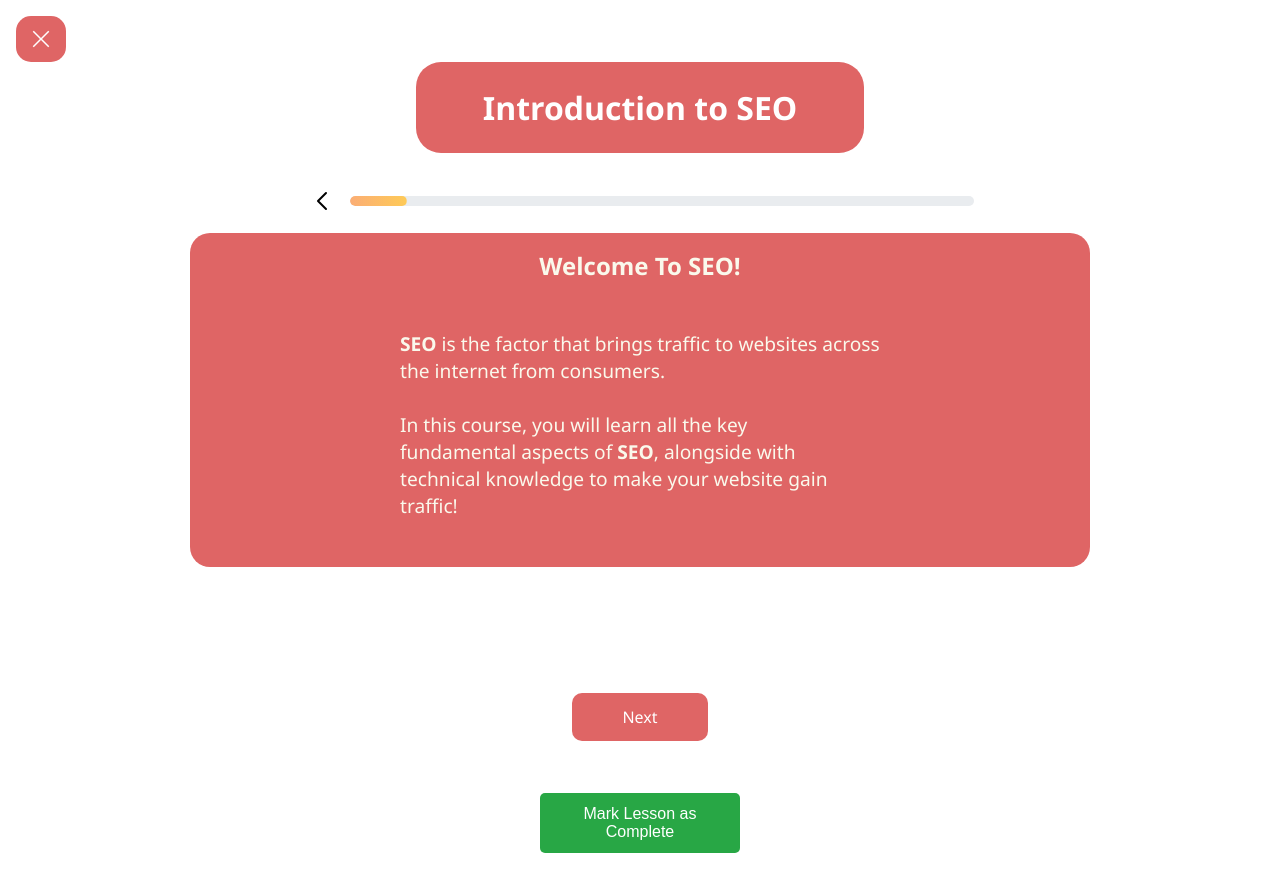
Repository: Duskofnight/code-website
Page: intro-to-seo/seo-introduction.html
An editor plug-in stored every save of this project. The page is shown before and after the next save, followed by the edit.
The browser window is 1280 px wide. The pictures show the whole page.

Above is the page before, as saved 2025-08-13 18:27:39.

### intro-to-seo/seo-introduction.html
<!DOCTYPE html>
  <html lang="en">
  <head>
    <meta charset="UTF-8">
    <meta name="viewport" content="width=device-width, initial-scale=1.0">
    <title>SEO Introduction</title>
    <link rel="stylesheet" href="lessons-styles.css">
    <link href="https://fonts.googleapis.com/css2?family=Inter:wght@100..900&display=swap" rel="stylesheet">
  </head>

  <body>

        <div class="escape">

          <a href="/intro-to-seo.html" class="escape-link">
            <svg xmlns="http://www.w3.org/2000/svg" height="100%" viewBox="0 0 24 24" fill="none" class="h-6"><path fill="currentColor" d="m20.28 4.78-1.06-1.06L12 10.94 4.78 3.72 3.72 4.78 10.94 12l-7.22 7.22 1.06 1.06L12 13.06l7.22 7.22 1.06-1.06L13.06 12l7.22-7.22Z"></path></svg>

          </a>
          <h3>Introduction to SEO</h3>
        </div>
        <div class="header">
        <svg class="previous" width="32" height="32" viewBox="0 0 32 32" xmlns="http://www.w3.org/2000/svg" onclick="previousSlide()" style="cursor: pointer;">
          <path d="M20 8L12 16L20 24" stroke="black" stroke-width="2" fill="none" stroke-linecap="round" stroke-linejoin="round"/>
        </svg>
        <div class="progress-container">
          <div class="progress-fill" id="progressFill"></div>
        </div>
      </div>



        <div id="app">


        <div id="one" class="page active">
          <div class="main">
            <h3 class="subtitle">Welcome To SEO!</h3>
            <p class="caption"><strong>SEO</strong> is the factor that brings traffic to websites across the internet from consumers. <br><br>In this course, you will learn all the key<br> fundamental aspects of <strong>SEO</strong>, alongside with technical knowledge to make your website gain traffic!

            </p>
          </div>


            <p class="continue" onclick="nextSlide()">Next</p>

        </div>


        <div id="two" class="page">
          <div class="main">
            <div class="caption">
              <h2 class="subtitle">What is SEO?</h2>
                <p>
                <strong>SEO</strong> stands for Search Engine Optimization, a set of practices to improve how
                your site appears in search engine organic results.<br><br>
                In other words, <strong>SEO</strong> helps people find your website without paying for ads.
                </p>
            </div>
          </div>


            <p class="continue" onclick="nextSlide()">Next</p>


        </div>


        <div id="three" class="page">
          <div class="main">
            <h3 class="subtitle">Why SEO Matters</h3>
            <p class="caption">
              Good <strong>SEO</strong> increases your website's visibility and helps people find you
              organically. <br><br>More visibility means more visitors without spending on ads.
          </p>
          </div>


            <p class="continue" onclick="nextSlide()">Next</p>

        </div>

        <div id="four" class="page">
          <div class="main">
            <h3 class="subtitle">Organic vs. Paid</h3>
            <img src= "https://github.com/Duskofnight/codemate-assets/blob/main/Untitled-1.png?raw=true" alt= "Organic vs Paid">
            <p class="caption">
              Search results have organic (free) listings and paid ads.<br><br><strong>SEO</strong> focuses on organic listings – it’s like earning free visits by giving search engines good reasons to rank your pages.<br><br> Think of <strong>SEO</strong> as having a high-quality store sign versus renting a billboard (paid ad).
          </p>
          </div>


            <p class="continue" onclick="nextSlide()">Next</p>

        </div>

        <div id="five" class="page">
          <div class="main">
            <h3 class="subtitle web-crawler">How Search Engines Categorize Websites</h3>
            <img id="web-crawler" src="https://github.com/Duskofnight/codemate-assets/blob/main/web-crawler-white.png?raw=true" alt="Web Crawler">
            <p class="caption">
              Search engines use crawlers (bots) to discover and index pages on the web.<br><br>A simple analogy: imagine Google as a librarian who catalogs books (web pages).<br><br>Good <strong>SEO</strong> makes your pages “catalog-friendly” so the librarian can find them quickly.
          </p>
          </div>


            <p class="continue" onclick="nextSlide()">Next</p>

        </div>

        <div id="six" class="page">
          <div class="main">
            <h3 class="subtitle">Quick Tip:</h3>
            <p class="caption">
              Use clear titles and relevant keywords so users know what to expect.<br><br><strong>SEO</strong> and user experience go hand-in-hand – help both the search engine and visitors understand your content.
          </p>
          </div>


            <p class="continue" onclick="nextSlide()">Next</p>

        </div>

        <div id="seven" class="page multiple-choice">
          <div class="main">
            <h3 class="subtitle">Multiple Choice</h3>
            <div class="quiz-container">

                <div class="question">Which of the Following is an Example of SEO?</div>

                <div class="card-options" id="quiz1">
                    <div class="option-card" data-answer="a">
                        <div class="option-letter">A</div>
                        <div class="option-text">Optimizing a page title with relevant words</div>
                    </div>
                    <div class="option-card" data-answer="b">
                        <div class="option-letter">B</div>
                        <div class="option-text">Buying clicks (PPC ad)</div>
                    </div>
                    <div class="option-card" data-answer="c">
                        <div class="option-letter">C</div>
                        <div class="option-text">Hiding keywords in white text</div>
                    </div>
                    <div class="option-card" data-answer="d">
                        <div class="option-letter">D</div>
                        <div class="option-text">Running pop-up ads</div>
                    </div>
                </div>

                <div class="feedback" id="feedback1"></div>
                <div class="quiz-actions">
                    <button class="btn" onclick="resetQuiz('quiz1', 'feedback1')">Try Again</button>
                    <button class="btn submit" onclick="checkAnswer('quiz1', 'a', 'feedback1')">Submit Answer</button>

                </div>
            </div>
          </div>


            <p class="continue" onclick="nextSlide()">Next</p>

        </div>

        <div id="eight" class="page fill-in-the-blank">
        <div class="main-fill-in-the-blank">
          <h3 class="subtitle-fill-in-the-blank">Fill in the Blank</h3>
          <div class="quiz-container">
            <h1 class="quiz-title">SEO stands for ___ ___ ___</h1>

            <div class="instruction-box">
              <span class="instruction-icon">💡</span>
              <span class="instruction-text">Drag the correct words from below into the blanks to complete:</span>
            </div>

            <div class="sentence-container">
              <div class="sentence">
                <span>SEO stands for</span>
                <div class="drop-zone" data-position="1" ondrop="drop(event)" ondragover="allowDrop(event)"></div>
                <div class="drop-zone" data-position="2" ondrop="drop(event)" ondragover="allowDrop(event)"></div>
                <div class="drop-zone" data-position="3" ondrop="drop(event)" ondragover="allowDrop(event)"></div>
              </div>
            </div>

            <div class="word-bank">
              <div class="draggable-word" draggable="true" ondragstart="drag(event)" onclick="clickWord(this)" data-word="Optimization">Optimization</div>
              <div class="draggable-word" draggable="true" ondragstart="drag(event)" onclick="clickWord(this)" data-word="Social">Social</div>
              <div class="draggable-word" draggable="true" ondragstart="drag(event)" onclick="clickWord(this)" data-word="Marketing">Marketing</div>
              <div class="draggable-word" draggable="true" ondragstart="drag(event)" onclick="clickWord(this)" data-word="Website">Website</div>
              <div class="draggable-word" draggable="true" ondragstart="drag(event)" onclick="clickWord(this)" data-word="Search">Search</div>
              <div class="draggable-word" draggable="true" ondragstart="drag(event)" onclick="clickWord(this)" data-word="Platform">Platform</div>
              <div class="draggable-word" draggable="true" ondragstart="drag(event)" onclick="clickWord(this)" data-word="Engine">Engine</div>
              <div class="draggable-word" draggable="true" ondragstart="drag(event)" onclick="clickWord(this)" data-word="Operation">Operation</div>
            </div>

            <div class="action-buttons">
              <button class="btn btn-reset" onclick="tryAgain()">Try Again</button>
              <button class="btn btn-submit" onclick="submitAnswer()">Submit Answer</button>

            </div>

            <div class="feedback" id="feedback"></div>
          </div>
        </div>

          <p class="continue" onclick="nextSlide()">Next</p>

      </div>


        <div id="nine" class="page">
          <div class="main">
            <h3 class="subtitle reflection-introduction">Reflection</h3>
            <svg id= "search-icon" xmlns="http://www.w3.org/2000/svg" viewBox="0 0 512 512" width="100" height="100" fill="currentColor">
      <path d="M505 442.7L405.3 343c28.4-34.9 45.7-79.3 45.7-127C451 103.5 347.5 0 225.5 0S0 103.5 0 225.5 103.5 451 225.5 451c48.5 0 92.9-17.3 127.8-45.7l99.7 99.7c9.4 9.4 24.6 9.4 33.9 0l18.1-18.1c9.4-9.4 9.4-24.6 0-34zM225.5 377c-83.4 0-151.5-68.1-151.5-151.5S142.1 74 225.5 74 377 142.1 377 225.5 308.9 377 225.5 377z"/>
    </svg>
            <p class="caption">
              Recall a recent Google search you did.<br><br>What words did you use? Why do you think those words helped you find useful results?

          </p>
          </div>


            <p class="continue" onclick="nextSlide()">Next</p>

        </div>

            <div id="ten" class="page">
          <div class="main">
            <h3 class="subtitle">Recap</h3>
            <ul class="caption-recap">
            <li><strong>SEO</strong> = Search Engine Optimization → Free traffic from search engines (organic results).</li>
            <li>Rank higher → Get more visitors & trust.</li>
            <li>Search engines crawl & index; <strong>SEO</strong> makes pages easy to find.</li>
            <li>Clear titles + relevant keywords = better visibility.</li>
          </ul>
          </div>



            <p class="continue" onclick="nextSlide()">Next</p>

        </div>


        <div id="end" class="page">
          <div class="main">
            <h3 class="subtitle">Lesson Completed!</h3>
                <p class= "caption">Great work on your first SEO lesson! Keep working to complete this course!</p>
          </div>




            <a href="/intro-to-seo.html" class="continue" onclick="nextSlide()">Next</a>

        </div>

      </div>

      <script src="seo-introduction.js"></script>
      <script>
document.addEventListener('DOMContentLoaded', function() {
    // CHANGE THIS ID for each lesson page:
    const currentLessonId = 'seo-introduction'; // ← Change this for each page

    // Create completion button
    const completeButton = document.createElement('button');
    completeButton.textContent = 'Mark Lesson as Complete';
    completeButton.style.cssText = `
        background-color: #28a745;
        color: white;
        padding: 12px 24px;
        border: none;
        border-radius: 5px;
        cursor: pointer;
        font-size: 16px;
        margin: 20px auto;
        display: block;
        width: 200px;
    `;

    completeButton.addEventListener('click', function() {
        // Mark lesson as complete
        if (window.parent !== window) {
            window.parent.postMessage({
                type: 'lesson-completed',
                lessonId: currentLessonId
            }, '*');
        }

        completeButton.disabled = true;
        completeButton.textContent = 'Lesson Completed!';
        completeButton.style.backgroundColor = '#6c757d';
    });

    // Add button to the page
    document.body.appendChild(completeButton);
});
</script>

  </body>
  </html>

Loaded but not shown: intro-to-seo/seo-introduction.js (374 lines, source omitted); intro-to-seo/lessons-styles.css (749 lines, source omitted)

After the next save:
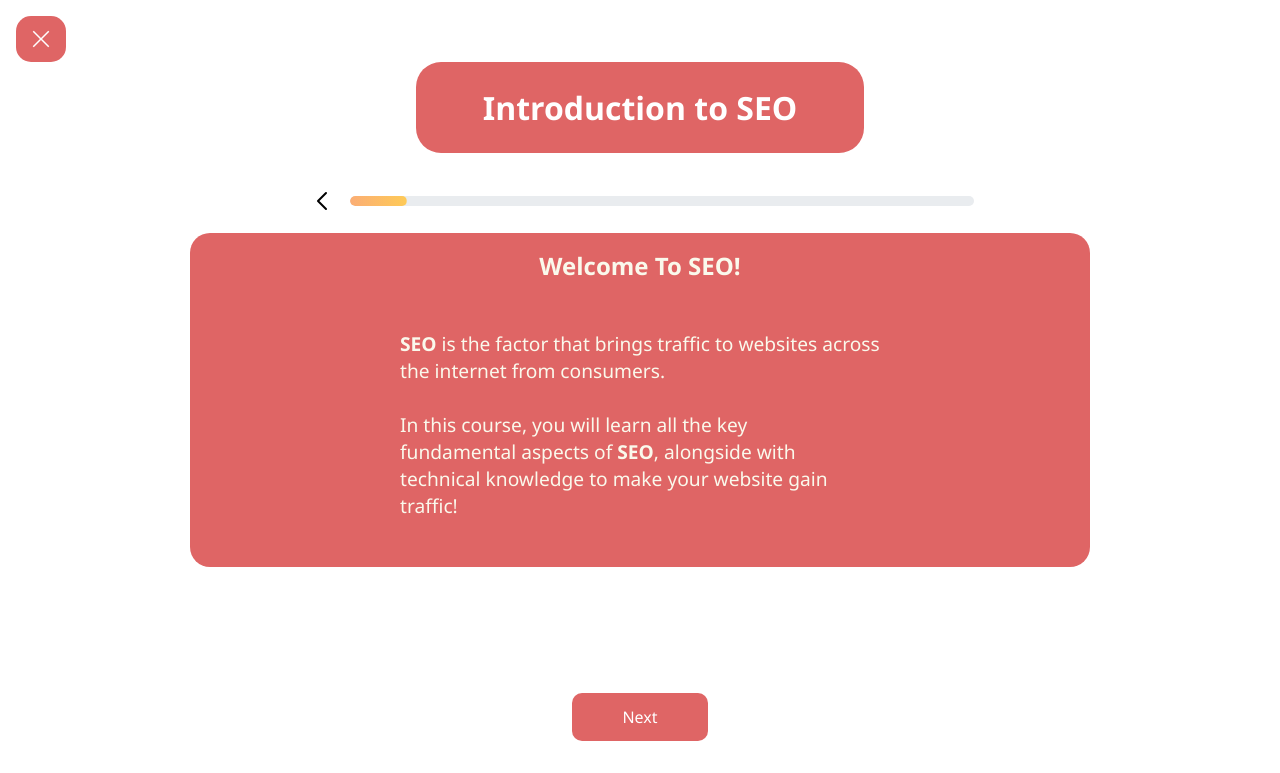
Saved 89 s later.
--- a/intro-to-seo/seo-introduction.html
+++ b/intro-to-seo/seo-introduction.html
@@ -257,45 +257,7 @@
       </div>
 
       <script src="seo-introduction.js"></script>
-      <script>
-document.addEventListener('DOMContentLoaded', function() {
-    // CHANGE THIS ID for each lesson page:
-    const currentLessonId = 'seo-introduction'; // ← Change this for each page
-
-    // Create completion button
-    const completeButton = document.createElement('button');
-    completeButton.textContent = 'Mark Lesson as Complete';
-    completeButton.style.cssText = `
-        background-color: #28a745;
-        color: white;
-        padding: 12px 24px;
-        border: none;
-        border-radius: 5px;
-        cursor: pointer;
-        font-size: 16px;
-        margin: 20px auto;
-        display: block;
-        width: 200px;
-    `;
-
-    completeButton.addEventListener('click', function() {
-        // Mark lesson as complete
-        if (window.parent !== window) {
-            window.parent.postMessage({
-                type: 'lesson-completed',
-                lessonId: currentLessonId
-            }, '*');
-        }
-
-        completeButton.disabled = true;
-        completeButton.textContent = 'Lesson Completed!';
-        completeButton.style.backgroundColor = '#6c757d';
-    });
-
-    // Add button to the page
-    document.body.appendChild(completeButton);
-});
-</script>
+
 
   </body>
   </html>
